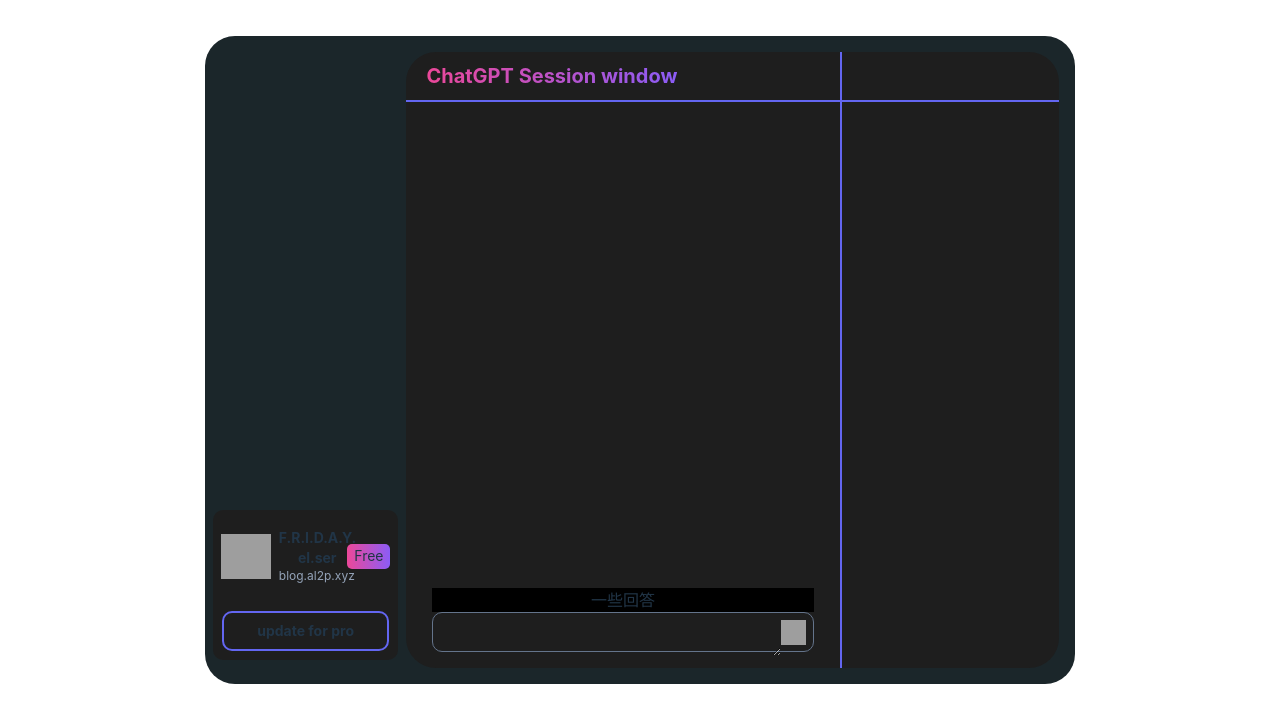
Repository: yezhonghu0503/chatgpt-vue-lac
Page: /
An editor plug-in stored every save of this project. The page is shown before and after the next save, followed by the edit.
The browser window is 1280 px wide. The pictures show the whole page.
Pictures or frames that could not be fetched are drawn as grey boxes. The project was rebuilt for these pictures with package versions that can differ from the ones it lists, and the page was loaded fresh each time. Also part of the build but not shown: vite.config.ts.

Above is the page before, as saved 2023-05-18 18:57:27.

### src/style.css
@tailwind base;
@tailwind components;
@tailwind utilities;

:root {
  font-family: Inter, system-ui, Avenir, Helvetica, Arial, sans-serif;
  line-height: 1.5;
  font-weight: 400;

  color-scheme: light dark;
  color: rgba(255, 255, 255, 0.87);
  /* background-color: #242424; */
  background-color: #8e989a;

  font-synthesis: none;
  text-rendering: optimizeLegibility;
  -webkit-font-smoothing: antialiased;
  -moz-osx-font-smoothing: grayscale;
  -webkit-text-size-adjust: 100%;
}

a {
  font-weight: 500;
  color: #646cff;
  text-decoration: inherit;
}

a:hover {
  color: #535bf2;
}

body {
  margin: 0;
  display: flex;
  place-items: center;
  min-width: 320px;
  min-height: 100vh;
}

h1 {
  font-size: 3.2em;
  line-height: 1.1;
}

button {
  border-radius: 8px;
  border: 1px solid transparent;
  padding: 0.6em 1.2em;
  font-size: 1em;
  font-weight: 500;
  font-family: inherit;
  background-color: #1a1a1a;
  cursor: pointer;
  transition: border-color 0.25s;
}

button:hover {
  border-color: #646cff;
}

button:focus,
button:focus-visible {
  outline: 4px auto -webkit-focus-ring-color;
}

textarea {
  border: none;
  background-color: transparent;
}

textarea[type="checkbox"]:checked,

textarea:focus {
  outline: none;
  background-color: transparent;
}

.card {
  padding: 2em;
}

#app {
  margin: 0 auto;
  padding: 2rem;
  text-align: center;
}

@media (prefers-color-scheme: light) {
  :root {
    color: #213547;
    background-color: #ffffff;
  }

  a:hover {
    color: #747bff;
  }

  button {
    background-color: #f9f9f9;
  }
}

### src/App.vue
<script setup lang="ts">
import chat from './pages/chat.vue';
</script>

<template>
  <chat />
</template>

<style scoped></style>

### src/pages/chat.vue
<template>
    <div class="w-[68vw] h-[90vh] bg-rg-chat-border rounded-[30px] flex justify-end p-4 pl-0">
        <chatMenu />
        <chatMain />

    </div>
</template>
<script lang="ts" setup>
import chatMain from '../components/chat-main/chatMain.vue';
import chatMenu from '../components/chat-menu/chatMenu.vue'
</script>
<style lang="less" scoped></style>

### src/components/chat-main/chatMain.vue
<template>
  <div class="w-[51vw] h-[100%] bg-rg-chat rounded-[30px] flex">
    <div class="flex flex-col w-[34vw] h-[100%] border-r-2 border-indigo-500">
      <div
        class="w-[100%] h-[50px] border-b-2 border-indigo-500 flex justify-start items-center p-5"
      >
        <span
          class="text-xl font-bold text-transparent bg-clip-text bg-gradient-to-r from-pink-500 to-violet-500"
          >ChatGPT Session window</span
        >
      </div>
      <div class="flex flex-col justify-end items-center w-[100%] h-[100%] p-4">
        <div class="w-[95%] bg-black">
          {{ msg }}
          <img src="" alt="" />
        </div>
        <div
          class="flex w-[95%] items-center justify-center rounded-[10px] h-10 border-[1px] border-slate-500"
        >
          <!-- <input class="w-[90%]" type="text" /> -->
          <textarea class="w-[90%]"></textarea>
          <img
            class="w-[25px] h-[25px]"
            src="https://blog.al2p.xyz/upload/send.png"
            alt=""
          />
        </div>
      </div>
    </div>
    <div class="w-[17vw] h-[50px] border-b-2 border-indigo-500"></div>
  </div>
</template>

<script lang="ts" setup>
const msg: string = "一些回答";
</script>

### src/components/chat-menu/chatMenu.vue
<template>
  <div class="w-[17vw] h-[100%] flex justify-center items-end p-2">
    <div
      class="w-[100%] h-[150px] bg-rg-chat flex flex-col justify-around items-center rounded-[10px]"
    >
      <div class="w-[100%] h-[75px] flex justify-between items-center p-2">
        <div class="flex items-center">
          <img
            class="w-[50px] h-[45px]"
            src="https://blog.al2p.xyz/upload/laclogo.png"
          />
          <div class="flex flex-col items-start ml-2">
            <div class="text-sm font-bold">F.R.I.D.A.Y. el.ser</div>
            <div class="text-xs text-slate-400">blog.al2p.xyz</div>
          </div>
        </div>
        <div
          class="flex justify-center rounded-[5px] text-sm items-center w-[60px] h-[25px] bg-gradient-to-r from-pink-500 to-violet-500"
        >
          Free
        </div>
      </div>
      <div
        class="text-sm flex items-center justify-center w-[13vw] h-[40px] rounded-[10px] border-2 border-indigo-500 font-bold"
      >
        update for pro
      </div>
    </div>
  </div>
</template>

<script lang="ts" setup></script>

<style lang="less" scoped></style>

### tailwind.config.js
/** @type {import('tailwindcss').Config} */
export default {
  content: [
    "./index.html",
    "./src/**/*.{vue,js,ts,jsx,tsx}",
  ],
  theme: {
    extend: {
      colors: {
        'rg-chat': 'rgb(30,30,30)',
        'rg-chat-border': 'rgb(27,38,42)'
      }
    }
  },
  plugins: [],
}

Loaded but not shown: index.html (common file); src/main.ts (common file)

After the next save:
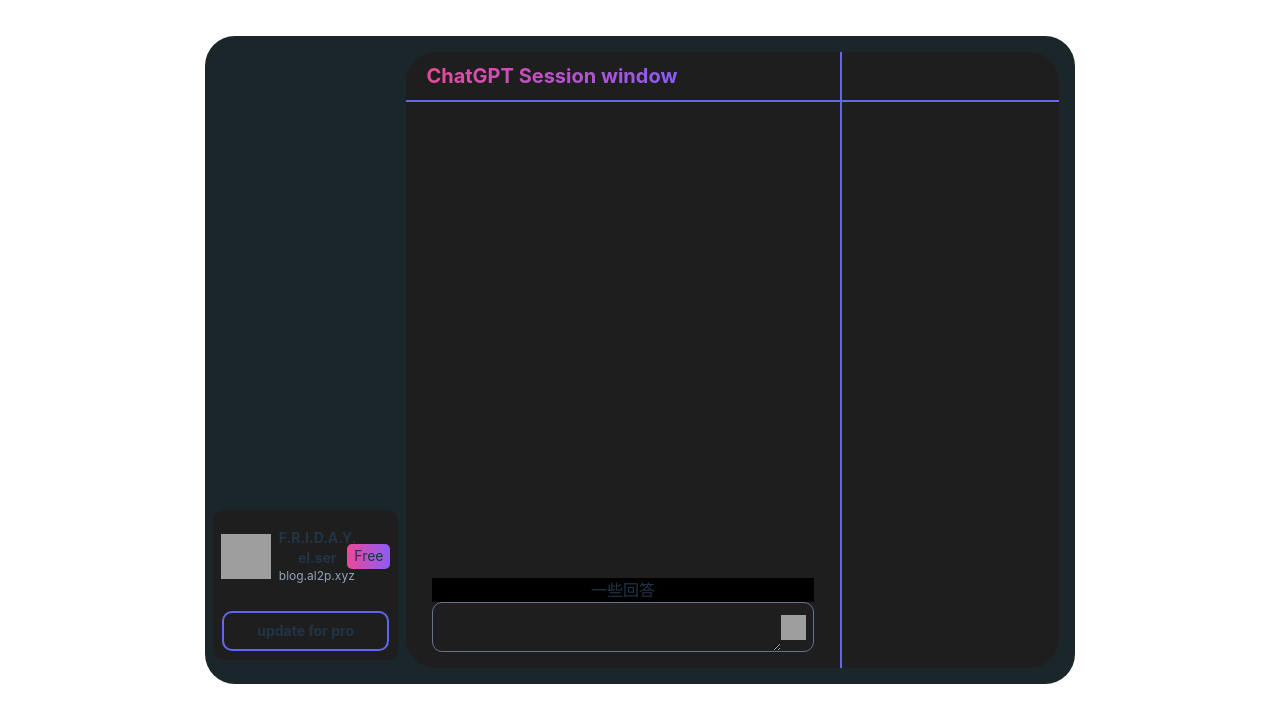
Saved 23 s later.
--- a/src/components/chat-main/chatMain.vue
+++ b/src/components/chat-main/chatMain.vue
@@ -15,7 +15,7 @@
           <img src="" alt="" />
         </div>
         <div
-          class="flex w-[95%] items-center justify-center rounded-[10px] h-10 border-[1px] border-slate-500"
+          class="flex w-[95%] items-center justify-center rounded-[10px] border-[1px] border-slate-500"
         >
           <!-- <input class="w-[90%]" type="text" /> -->
           <textarea class="w-[90%]"></textarea>
